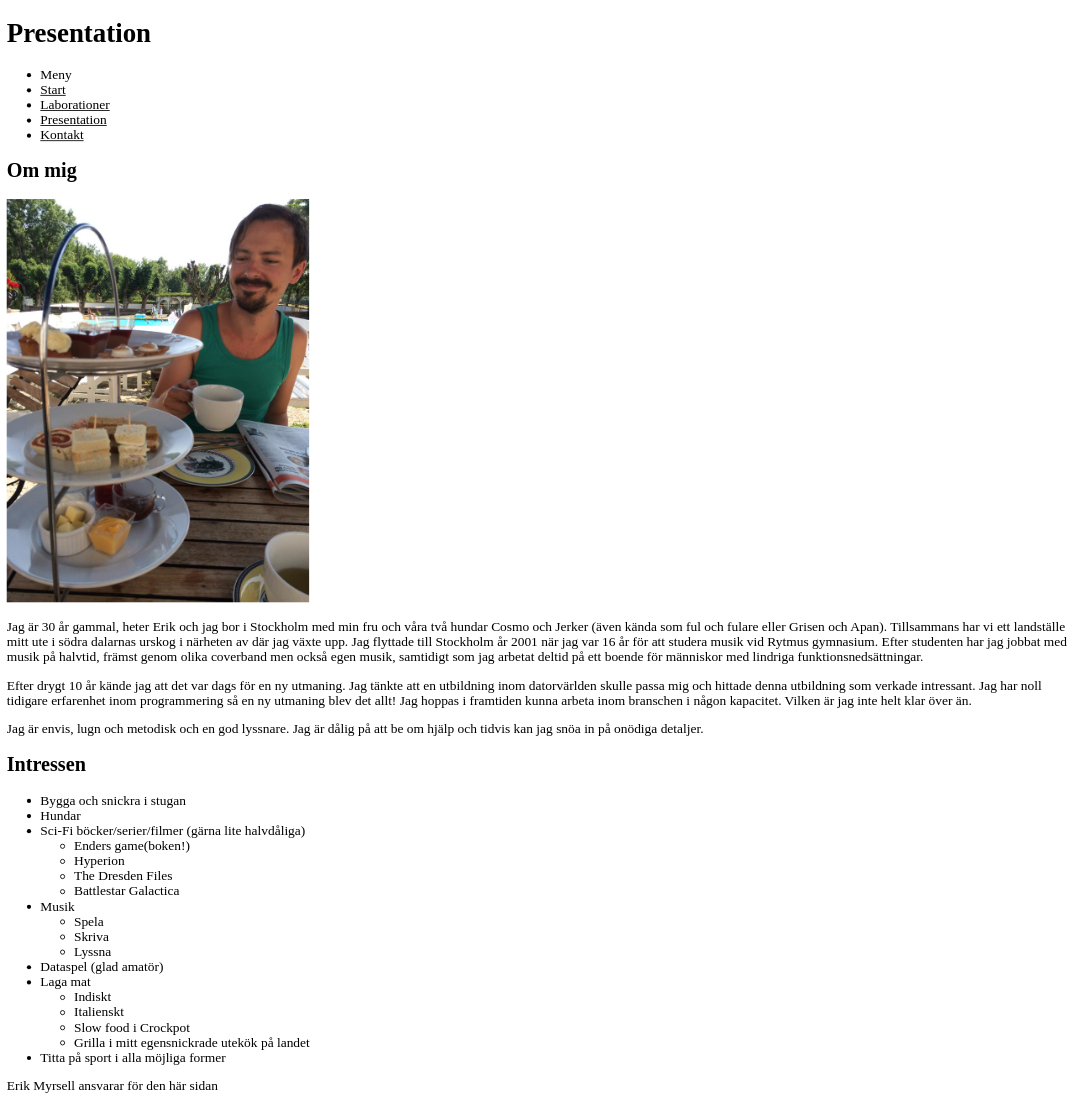
Repository: em222mt/1IK415_em222mt
Page: pages/presentation.html
The author's editor kept a record of every edit. The page is drawn from the files as they stood at one moment, then again after the next edit.
The browser window is 1280 px wide. The pictures show the whole page, at 84% of full size.

Above is the page before.

After the next edit:
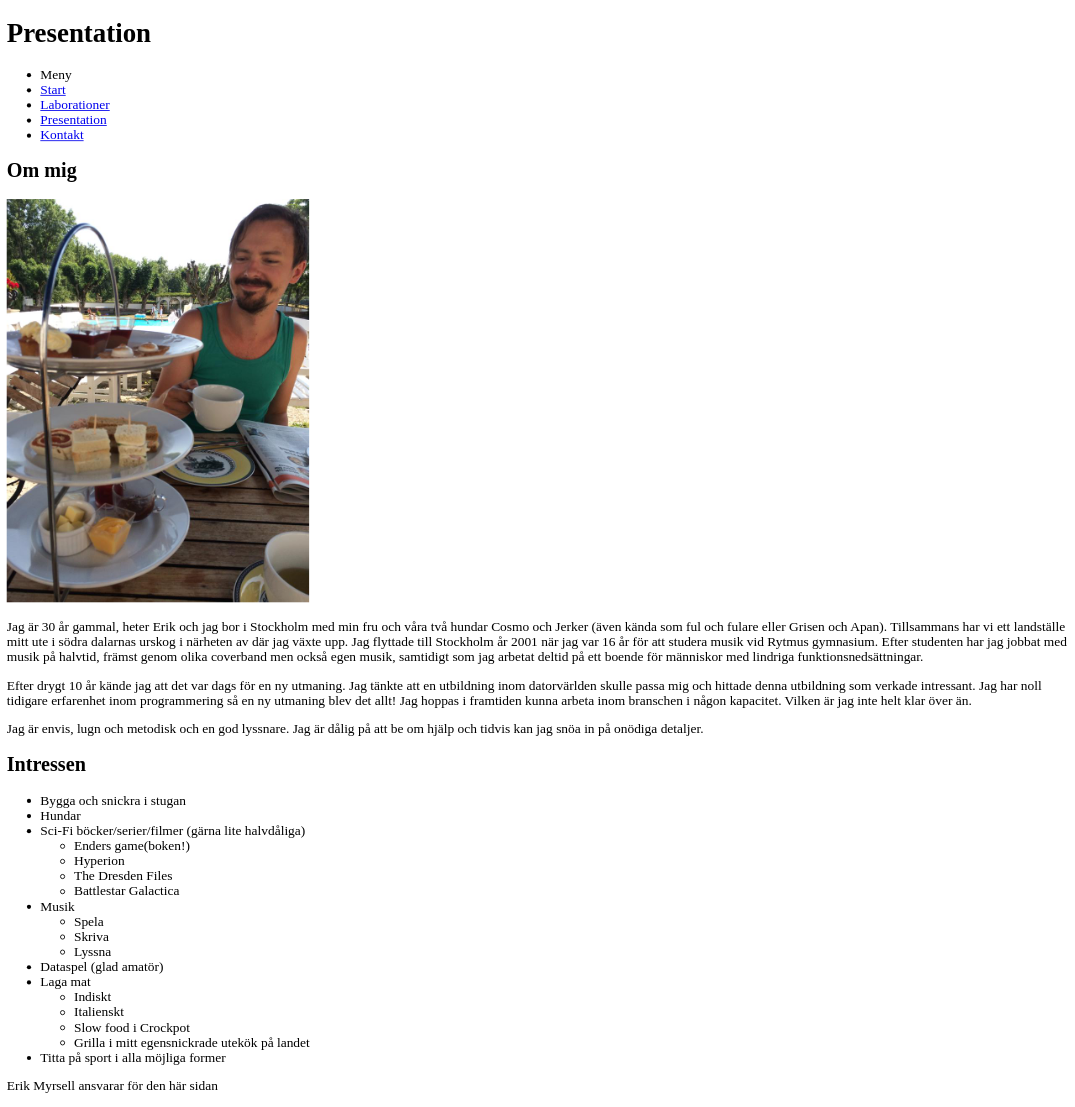
The edit:
--- a/pages/presentation.html
+++ b/pages/presentation.html
@@ -6,14 +6,10 @@
     <meta name="viewport" content="width=device-width, initial scale=1.0">
     <title>Min första sida</title>
 
+    <link rel="stylesheet" media="only screen and(min-width 482px)" href="css/basic.css">
+    <link rel="stylesheet" media="print" href="../css/print.css">
+    <link rel="stylesheet" media="screen and(max-width 481px)" href="../css/screen.css">
 
-     <link rel="stylesheet" href="../css/print.css">
-
-
-
-
-    <link rel="stylesheet" media="print" href="css/print.css">
-    <link rel="stylesheet" media="screen and(min-width 481px)" href="css/screen.css">
 </head>
 
     <!-- Startpunkt -->
